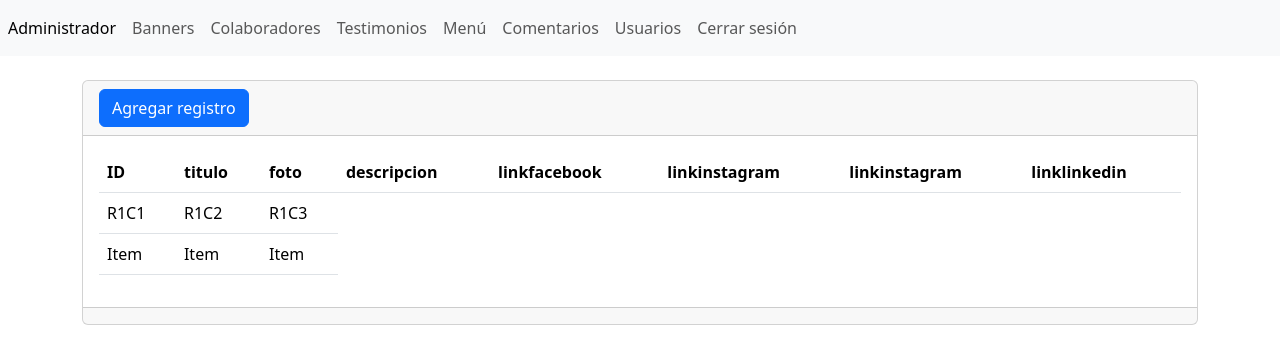
Repository: salextros/Restaurant-Project-PHP-MySQL
Page: http://localhost/TRABAJO_FINAL/restaurant/admin/seccion/colaboradores/index.php
The author's editor kept a copy of each file at every save. The page is drawn from the files as they stood at one save, then again after the next save.
The browser window is 1280 px wide. The pictures show the whole page.
The page is run by PHP 8.4 with error messages shown; the project is at /var/www/html/.

Above is the page before, as saved 2026-01-24 14:27:56.

After the next save:
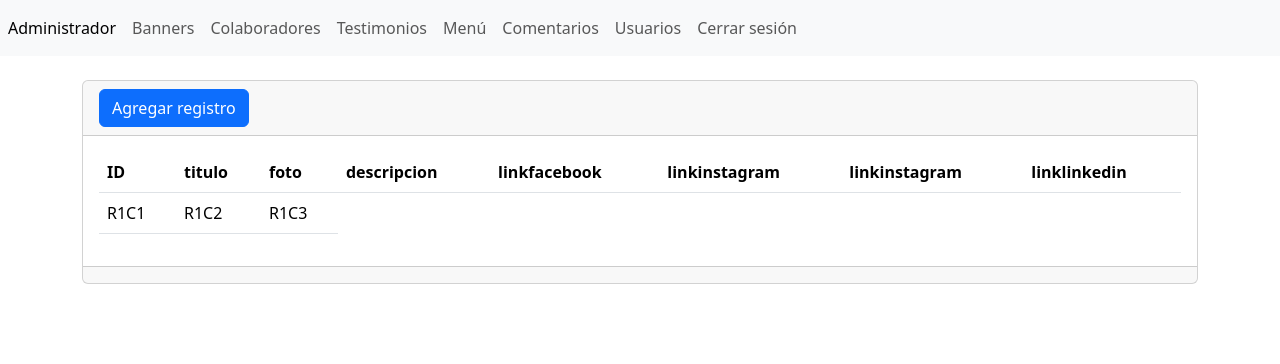
Saved 60 s later.
--- a/restaurant/admin/seccion/colaboradores/index.php
+++ b/restaurant/admin/seccion/colaboradores/index.php
@@ -24,11 +24,6 @@ include('../../templates/header.php');
                         <th scope="col">linkinstagram</th>
                         <th scope="col">linklinkedin</th>
 
-
-
-
-
-
                     </tr>
                 </thead>
                 <tbody>
@@ -37,11 +32,7 @@ include('../../templates/header.php');
                         <td>R1C2</td>
                         <td>R1C3</td>
                     </tr>
-                    <tr class="">
-                        <td scope="row">Item</td>
-                        <td>Item</td>
-                        <td>Item</td>
-                    </tr>
+
                 </tbody>
             </table>
         </div>
